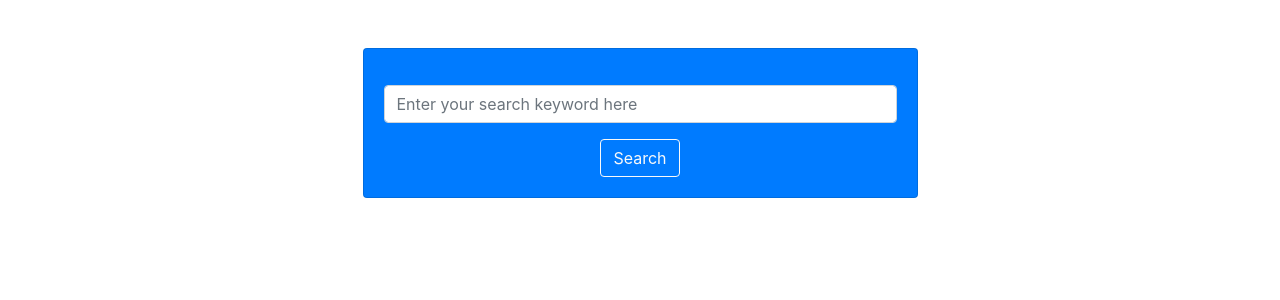
Repository: modinilesh/SpringMVC
Page: http://localhost/springmvcsearch/home
The author's editor kept a copy of each file at every save. The page is drawn from the files as they stood at one save, then again after the next save.
The browser window is 1280 px wide. The pictures show the whole page.
Some web libraries are served in a nearby version. The page is served by Tomcat 9.

Above is the page before, as saved 2023-10-20 07:23:33.

After the next save:
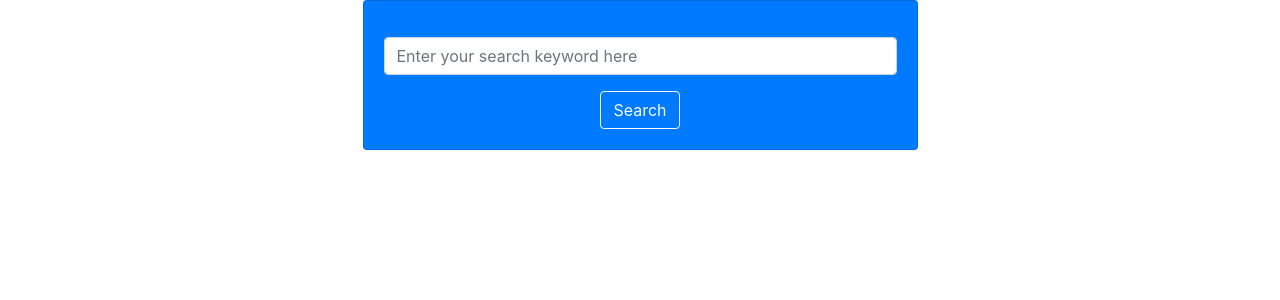
Saved 18 s later.
--- a/springmvcsearch/src/main/webapp/WEB-INF/views/home.jsp
+++ b/springmvcsearch/src/main/webapp/WEB-INF/views/home.jsp
@@ -16,9 +16,9 @@
 </head>
 <body>
 
-	<div class="container mt-20">
+	<div class="container">
 
-		<div class="card mx-auto mt-5 bg-primary" style="width: 50%">
+		<div class="card mx-auto mt-20 bg-primary" style="width: 50%">
 
 			<div class="card-body">
 

After the save that followed:
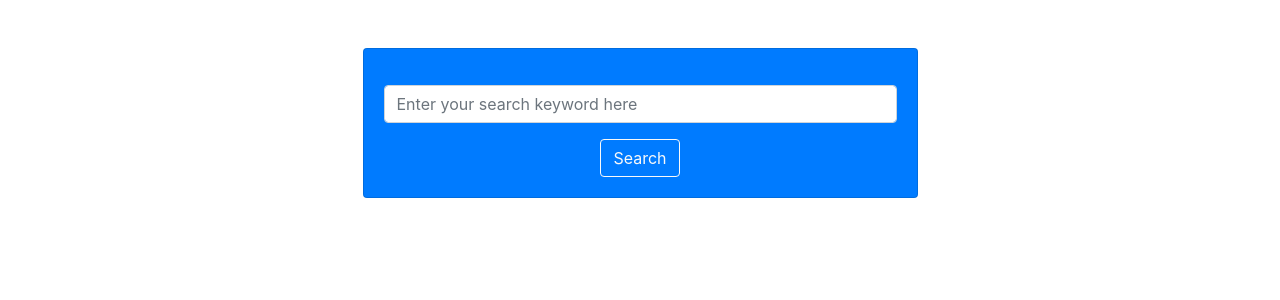
Saved 17 s later.
--- a/springmvcsearch/src/main/webapp/WEB-INF/views/home.jsp
+++ b/springmvcsearch/src/main/webapp/WEB-INF/views/home.jsp
@@ -18,7 +18,7 @@
 
 	<div class="container">
 
-		<div class="card mx-auto mt-20 bg-primary" style="width: 50%">
+		<div class="card mx-auto mt-5 bg-primary" style="width: 50%">
 
 			<div class="card-body">
 
